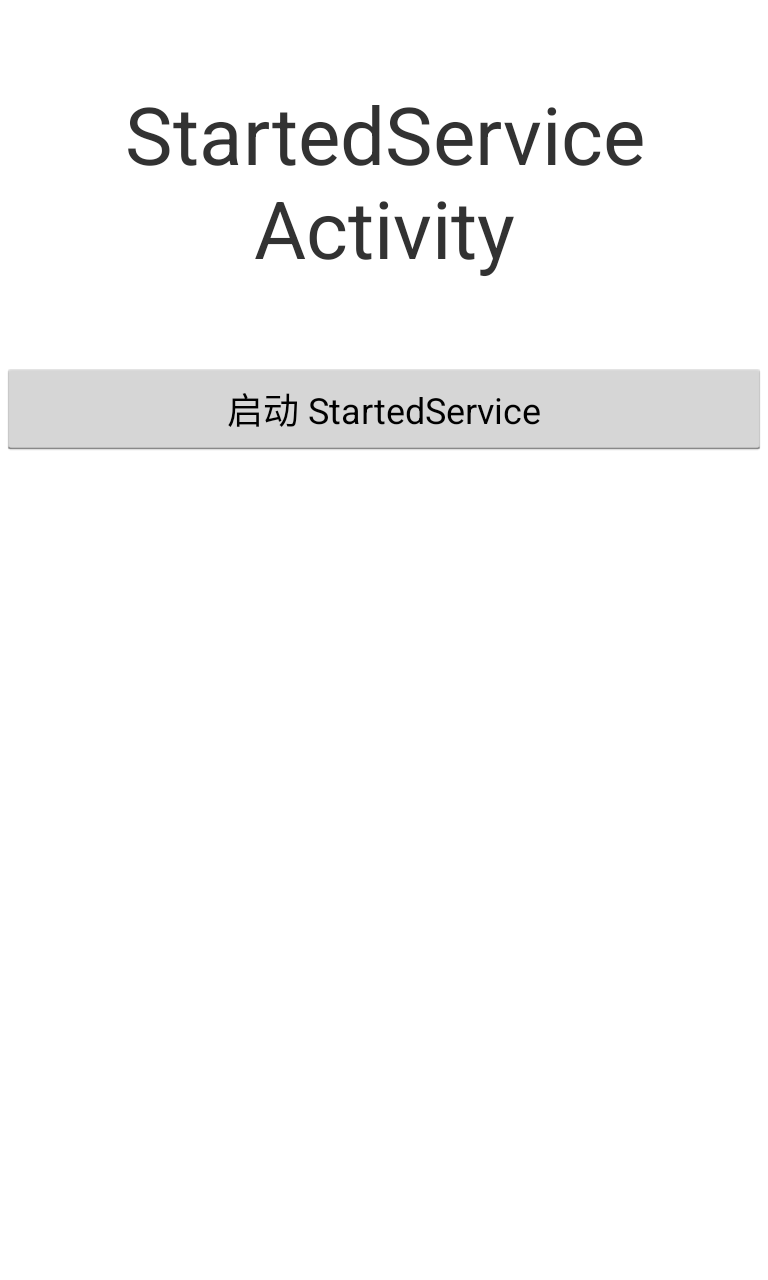
Repository: CiLiNet-Android/courseware
Layout: Android基本组件/Service/SourceCodes/ServiceDemo/res/layout/activity_otherstartedservice.xml
These files come from the project's save history. The layout is drawn as it stood at one moment and after the next save; the edit follows.
It is drawn on a 768 x 1280 px phone screen (xhdpi) without system bars, with theme AppTheme; the app's code is not run.

Above is the layout before, as saved 2013-11-30 11:15:18.

### Android基本组件/Service/SourceCodes/ServiceDemo/res/layout/activity_otherstartedservice.xml
<?xml version="1.0" encoding="utf-8"?>
<LinearLayout xmlns:android="http://schemas.android.com/apk/res/android"
    android:layout_width="match_parent"
    android:layout_height="match_parent"
    android:orientation="vertical" >

    <TextView
        android:layout_width="match_parent"
        android:layout_height="wrap_content"
        android:layout_marginTop="40dp"
        android:text="@string/startedServiceActivity"
        android:textSize="40sp"
        android:gravity="center_horizontal"/>

    <Button
        android:layout_width="match_parent"
        android:layout_height="wrap_content"
        android:layout_marginTop="40dp"
        android:text="@string/start_startedService"
        android:id="@+id/btn_start_startedService"/>


</LinearLayout>

### Android基本组件/Service/SourceCodes/ServiceDemo/res/values/strings.xml
<resources>

    <string name="app_name">Service Demo</string>

    <string name="startedServiceActivity">StartedService Activity</string>
    <string name="start_startedService">启动 StartedService</string>

</resources>

Loaded but not shown: Android基本组件/Service/SourceCodes/ServiceDemo/res/values/styles.xml (common file); Android基本组件/Service/SourceCodes/ServiceDemo/res/values-v11/styles.xml (common file); Android基本组件/Service/SourceCodes/ServiceDemo/res/values-v14/styles.xml (common file)

After the next save:
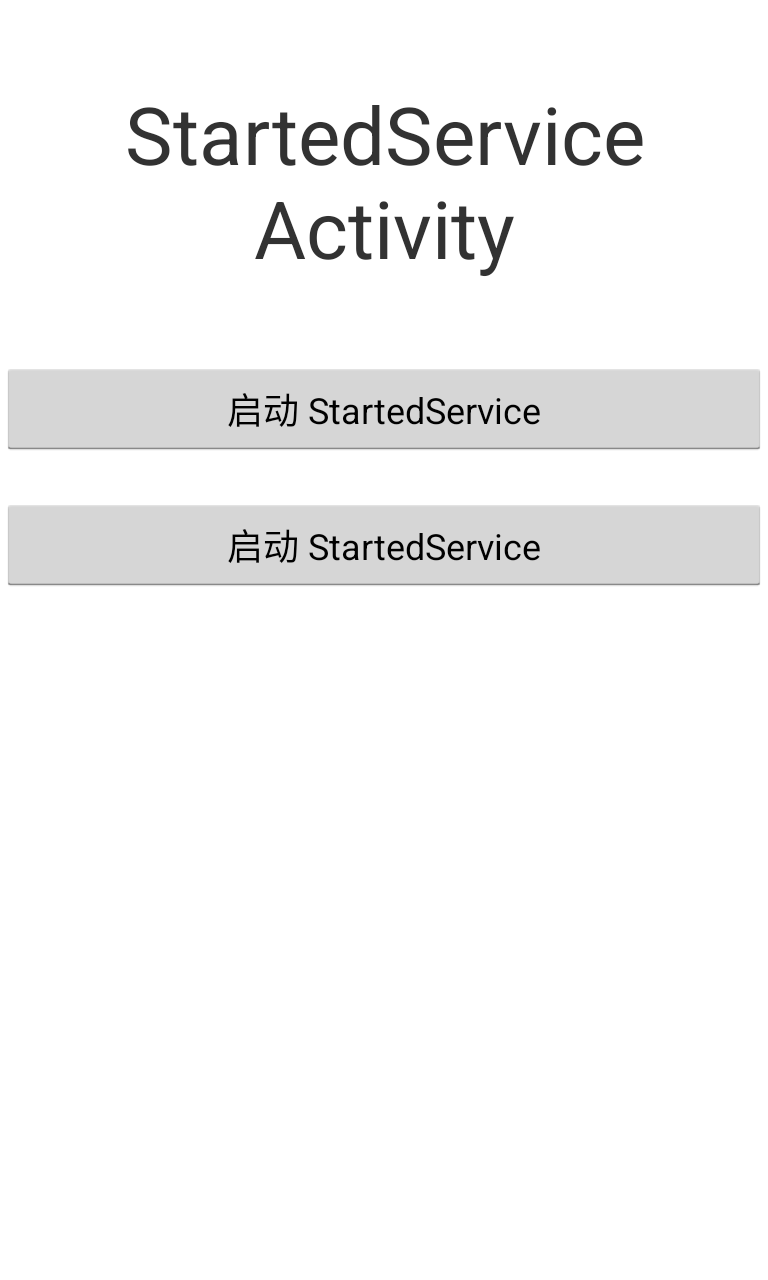
Saved 3 min 57 s later.
--- a/Android基本组件/Service/SourceCodes/ServiceDemo/res/layout/activity_otherstartedservice.xml
+++ b/Android基本组件/Service/SourceCodes/ServiceDemo/res/layout/activity_otherstartedservice.xml
@@ -19,5 +19,12 @@
         android:text="@string/start_startedService"
         android:id="@+id/btn_start_startedService"/>
 
+    <Button
+        android:layout_width="match_parent"
+        android:layout_height="wrap_content"
+        android:layout_marginTop="20dp"
+        android:text="@string/start_startedService"
+        android:id="@+id/btn_start_startedService"/>
+
 
 </LinearLayout>
